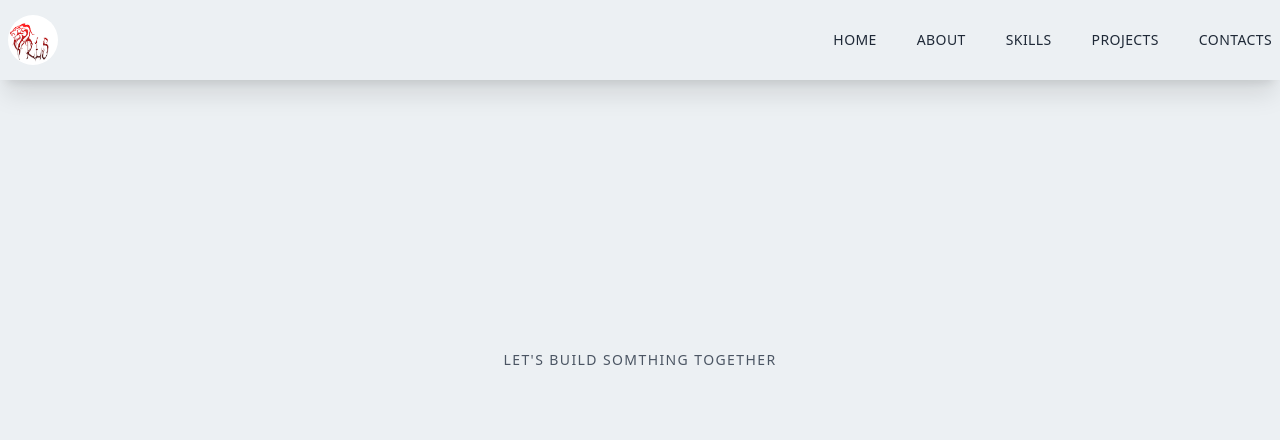
Repository: ram2642/portfolio-using-next-js
Page: /
An editor plug-in stored every save of this project. The page is shown before and after a run of saves, followed by the edit.
The browser window is 1280 px wide. The pictures show the whole page.
The project was rebuilt for these pictures with package versions that can differ from the ones it lists, and the page was loaded fresh each time. The framework's server and built-in components were replaced by stand-ins that run in the browser. Also part of the build but not shown: next.config.js.

Above is the page before, as saved 2022-09-04 01:48:44.

After the next 5 saves:
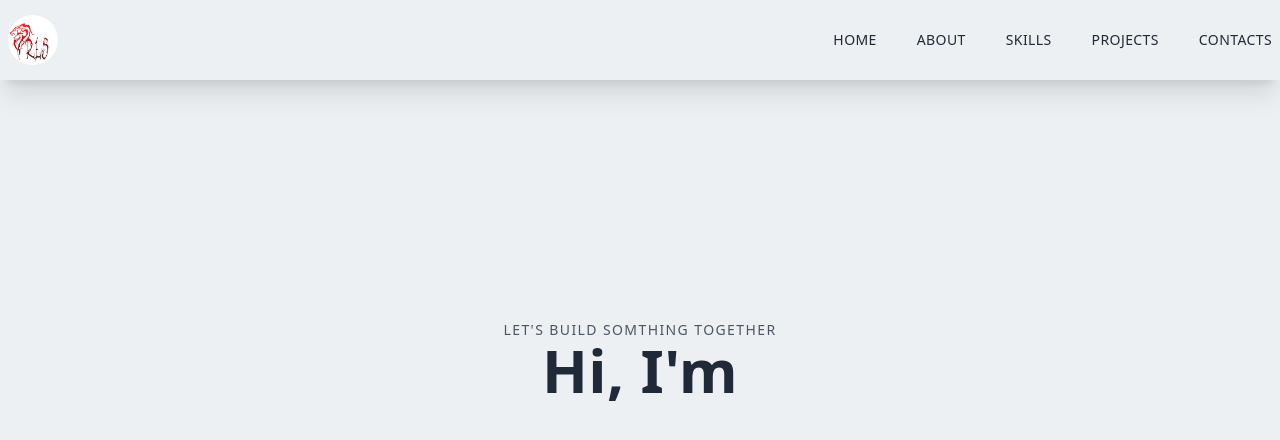
The 5 saves are shown as one change because they came seconds apart.
The last was saved 50 s later.
--- a/components/Main.jsx
+++ b/components/Main.jsx
@@ -6,7 +6,9 @@ const Main = () => {
    <div className='max-w-[1240px] w-full h-full mx-auto p-2 flex justify-center items-center'>
     <div>
       <p className='uppercase text-sm tracking-widest text-gray-600'>Let's build somthing together</p>
-
+      <h1>
+        Hi, I'm
+      </h1>
     </div>
 
    </div>
